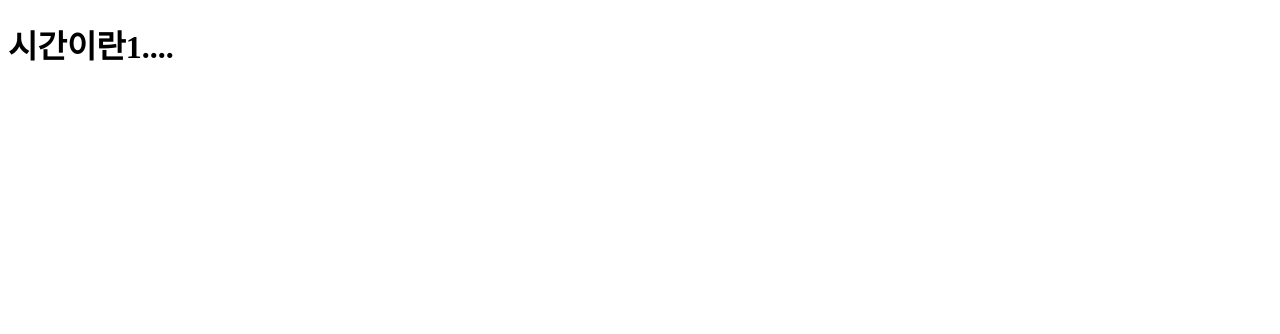
Repository: seulhwangbo/SeulJSP
Page: jspSrc17/webStandard01/src/main/webapp/01/basic03.html
These files come from the project's save history. The page is drawn as it stood at one moment and after the next save; the edit follows.
The browser window is 1280 px wide. The pictures show the whole page.

Above is the page before, as saved 2024-06-13 03:08:24.

After the next save:
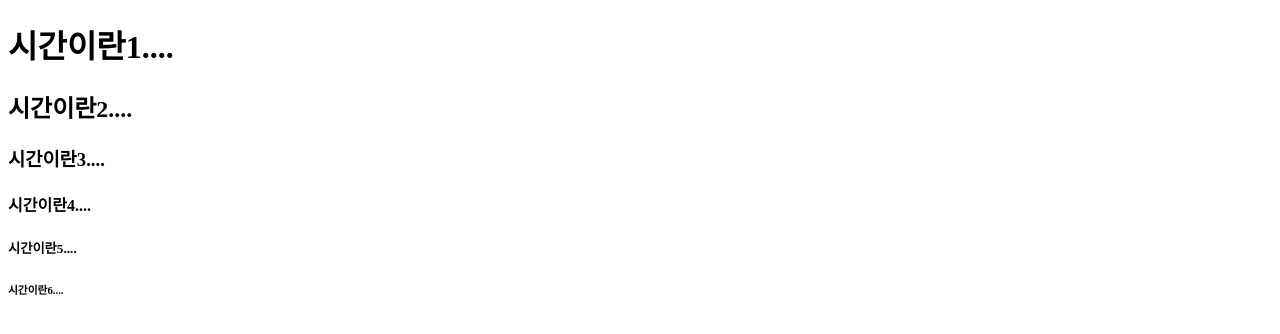
Saved 8 min 23 s later.
--- a/jspSrc17/webStandard01/src/main/webapp/01/basic03.html
+++ b/jspSrc17/webStandard01/src/main/webapp/01/basic03.html
@@ -6,6 +6,11 @@
 </head>
 <body>
 	<h1> 시간이란1....</h1>
+	<h2> 시간이란2....</h2>
+	<h3> 시간이란3....</h3>
+	<h4> 시간이란4....</h4>
+	<h5> 시간이란5....</h5>
+	<h6> 시간이란6....</h6>
 
 
 	<p></p>
